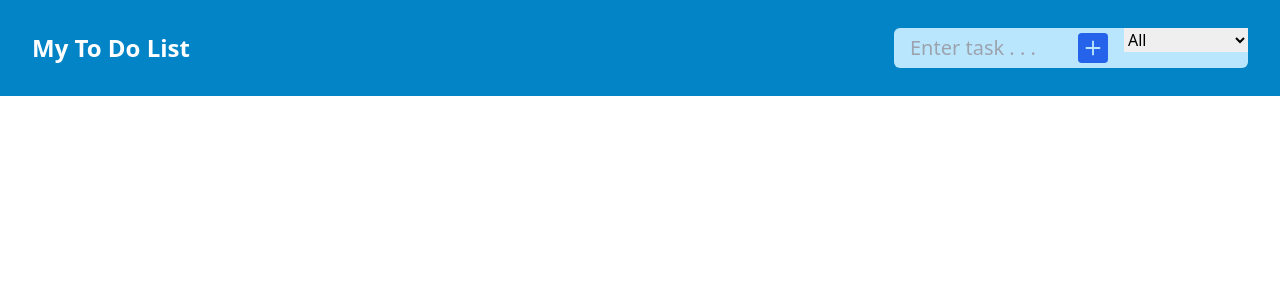
Repository: SaadYasin/react-to-do-list
Page: /
These files come from the project's save history. The page is drawn as it stood at one moment and after the next save; the edit follows.
The browser window is 1280 px wide. The pictures show the whole page.
The project was rebuilt for these pictures with package versions that can differ from the ones it lists, and the page was loaded fresh each time. Also part of the build but not shown: src/App.css.

Above is the page before, as saved 2022-11-09 20:33:52.

### public/index.html
<!DOCTYPE html>
<html lang="en">
  <head>
    <meta charset="utf-8" />
    <link rel="icon" href="%PUBLIC_URL%/favicon.ico" />
    <meta name="viewport" content="width=device-width, initial-scale=1" />
    <meta name="theme-color" content="#000000" />
    <meta
      name="description"
      content="Web site created using create-react-app"
    />
    <link rel="apple-touch-icon" href="%PUBLIC_URL%/logo192.png" />

    <link rel="manifest" href="%PUBLIC_URL%/manifest.json" />

    <title>React | To Do List</title>
  </head>
  <body>
    <noscript>You need to enable JavaScript to run this app.</noscript>
    <div id="root"></div>

  </body>
</html>

### src/App.js
import Header from './components/Header';
import './App.css';

function App() {
  return (
    <div>
      <Header />
    </div>
  );
}

export default App;

### src/components/Header.js
import React from 'react'
import Input from './Input'

const Header = () => {
  return (
    <div className="flex flex-col items-center md:flex-row md:justify-between h-24 bg-sky-600 px-8">
      <h1 className="text-2xl font-bold text-white my-2">My To Do List</h1>
      <Input />
    </div>
  );
}

export default Header

### src/components/Input.js
import React from "react";
import { BsFillPlusSquareFill } from "react-icons/bs";

const Input = () => {
  return (
    <div>
      <form className="flex h-10 bg-sky-200 rounded-md">
        <input
          type="text"
          placeholder="Enter task . . ."
          className="text-xl bg-transparent text-white px-4 w-44 outline-none"
        />
        <button className="text-3xl text-blue-600 px-2" type="submit">
          <BsFillPlusSquareFill />
        </button>

        <div className="select ml-2">
          <select name="todos" id="filter-todos">
            <option value="all">All</option>
            <option value="completed">Completed</option>
            <option value="uncompleted">UnCompleted</option>
          </select>
        </div>
      </form>
    </div>
  );
};

export default Input;

Loaded but not shown: src/index.js (common file); src/index.css (common file); tailwind.config.js (common file)

After the next save:
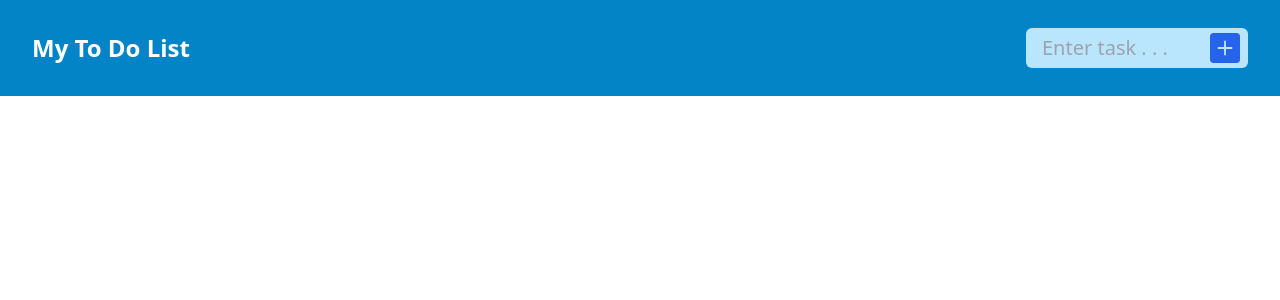
Saved 25 s later.
--- a/src/components/Input.js
+++ b/src/components/Input.js
@@ -14,13 +14,7 @@
           <BsFillPlusSquareFill />
         </button>
 
-        <div className="select ml-2">
-          <select name="todos" id="filter-todos">
-            <option value="all">All</option>
-            <option value="completed">Completed</option>
-            <option value="uncompleted">UnCompleted</option>
-          </select>
-        </div>
+
       </form>
     </div>
   );
